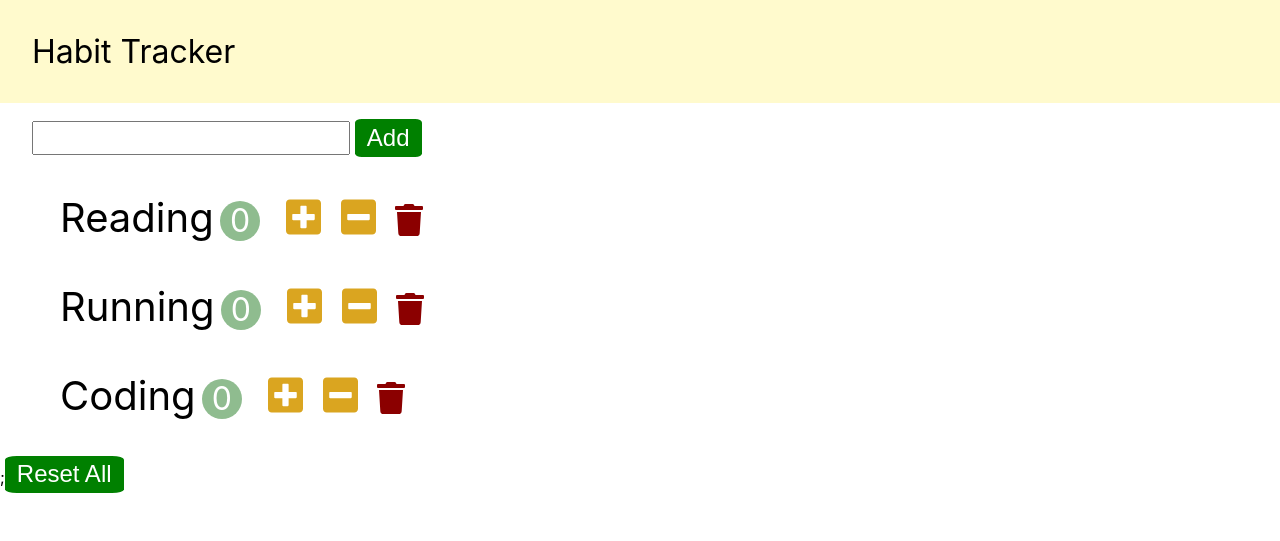
Repository: BokyungJeon/react-habit-tracker
Page: /
The author's editor kept a copy of each file at every save. The page is drawn from the files as they stood at one save, then again after the next save.
The browser window is 1280 px wide. The pictures show the whole page.
The project was rebuilt for these pictures with package versions that can differ from the ones it lists, and the page was loaded fresh each time.

Above is the page before, as saved 2021-09-30 18:57:23.

### src/index.js
import React from "react";
import ReactDOM from "react-dom";
import "./index.css";
import App from "./App.jsx";
import "@fortawesome/fontawesome-free/js/all.js";

ReactDOM.render(
  <React.StrictMode>
    <App />
  </React.StrictMode>,
  document.getElementById("root")
);

### src/App.jsx
import React, { Component } from "react";
import "./App.css";
import Habits from "./components/habits";

class App extends Component {
  render() {
    return (
      <div>
        <header className="navbar">
          <i className="navber-logo"></i>
          <span>Habit Tracker</span>
        </header>
        <form className="add-form">
          <input type="text" className="add-input" />
          <button className="add-button">Add</button>
        </form>
        <Habits />;<button className="add-button">Reset All</button>
      </div>
    );
  }
}

export default App;

### src/App.css
* {
  /* padding과 border가 width와 height에 포함되도록함 */
  box-sizing: border-box;
}

/* 버튼 초기화 */
button {
  outline: none;
  border: 0;
  cursor: pointer;
}

.navbar {
  font-size: 2rem;
  padding: 1em;
  background-color: lemonchiffon;
}

.navbar-logo {
  color: green;
  margin-right: 0.5em;
}

.navbar-count {
  display: inline-block;
  text-align: center;
  font-size: 2rem;
  width: 2.5rem;
  height: 2.5rem;
  margin-left: 0.3em;
  background-color: green;
  color: white;
  border-radius: 50%;
}

.habits {
  padding: 0.5em;
  padding-top: 2em;
}

.add-form {
  padding-top: 1em;
  margin-left: 2em;
}

.add-input {
  font-size: 1.5rem;
  margin-right: 0.2em;
}

.add-button {
  height: 90%;
  font-size: 1.5rem;
  padding: 0.3rem 0.5em;
  background-color: green;
  color: white;
  border-radius: 10%;
}

.habit {
  font-size: 2.5rem;
  padding: 0.5em;
  list-style: none;
}

.habit-count {
  display: inline-block;
  text-align: center;
  font-size: 2rem;
  width: 2.5rem;
  height: 2.5rem;
  margin-left: 0.2em;
  margin-right: 0.5em;
  background-color: darkseagreen;
  color: white;
  border-radius: 50%;
}

.habit-button {
  font-size: 2.5rem;
  margin: 0 0.1em;
  background-color: transparent;
}

.habit-button:hover {
  opacity: 0.8;
}

.habit-increase,
.habit-decrease {
  color: goldenrod;
}

.habit-delete {
  font-size: 2rem;
  color: darkred;
}

.habits-reset {
  font-size: 1.5rem;
  padding: 0.2em 1em;
  background-color: green;
  color: white;
  margin-left: 2em;
}

### src/components/habits.jsx
import React, { Component } from "react";
import Habit from "./habit";

class habits extends Component {
  state = {
    habits: [
      // id는 key를 위해 지정
      { id: 1, name: "Reading", count: 0 },
      { id: 2, name: "Running", count: 0 },
      { id: 3, name: "Coding", count: 0 },
    ],
  };

  handleIncreament = (habit) => {
    console.log(`handleIncrement ${habit.name}`);
    const habits = [...this.state.habits]; // 새로운 배열껍데기에 배열 내용을 하나하나 복사해옴(주소값 복사한 것이기 때문에 같은 개체임)
    const index = habits.indexOf(habit);
    habits[index].count++;
    this.setState({ habits }); // { habits: habits } 키와 밸류가 같으면 생략가능
    // 아래처럼 리액트에서 state 오브젝트를 직접 수정하는 것은 좋지 않다.
    // habit.count++;
    // this.setState(this.state);
  };

  handleDecreament = (habit) => {
    console.log(`handleDecrement ${habit.name}`);
    const habits = [...this.state.habits];
    const index = habits.indexOf(habit);
    const count = habits[index].count - 1;
    habits[index].count = count < 0 ? 0 : count; // 직접수정하므로 좋지않은 코드
    this.setState({ habits });
  };

  handleDelete = (habit) => {
    console.log(`handleDelete ${habit.name}`);
    const habits = this.state.habits.filter((item) => item.id !== habit.id);
    this.setState({ habits });
  };

  render() {
    return (
      <ul>
        {this.state.habits.map((habit) => (
          // key에 고유한 값을 지정해 주어 리액트의 불필요한 재렌더링을 방지해 성능을 개선한다.
          // 배열의 인덱스는 사용금지. 같은 아이템도 순서가 바뀌면 배열의 인덱스가 바뀌는데 키 값이 되면 동일한 오브젝트여도 인식하지 못함.
          <Habit
            key={habit.id}
            habit={habit}
            onIncreament={this.handleIncreament}
            onDecreament={this.handleDecreament}
            onDelete={this.handleDelete}
          />
        ))}
      </ul>
    );
  }
}

export default habits;

### src/components/habit.jsx
import React, { Component } from "react";

class Habit extends Component {
  handleIncreament = () => {
    this.props.onIncreament(this.props.habit);
  };

  handleDecreament = () => {
    this.props.onDecreament(this.props.habit);
  };

  handleDelete = () => {
    this.props.onDelete(this.props.habit);
  };

  render() {
    const { name, count } = this.props.habit;
    return (
      <li className="habit">
        <span className="habit-name">{name}</span>
        <span className="habit-count">{count}</span>
        <button
          className="habit-button habit-increase"
          onClick={this.handleIncreament}
          // 함수에 전달되는 인자와 그 안에서 호출하는 인자가 동일한 경우 문법을 간소화 할 수 있다.
          // onClick={(event) => this.handleIncreament(event)}의 문법 간소화
          // onClick={(event) => this.makeMeal(this.rice)}처럼 전달되는 인자가 다른 경우에는 생략할 수 없다.
        >
          <i className="fas fa-plus-square"></i>
        </button>
        <button
          className="habit-button habit-decrease"
          onClick={this.handleDecreament}
        >
          <i className="fas fa-minus-square"></i>
        </button>
        <button
          className="habit-button habit-delete"
          onClick={this.handleDelete}
        >
          <i className="fas fa-trash"></i>
        </button>
      </li>
    );
  }
}

export default Habit;

Loaded but not shown: public/index.html (common file); src/index.css (common file)

After the next save:
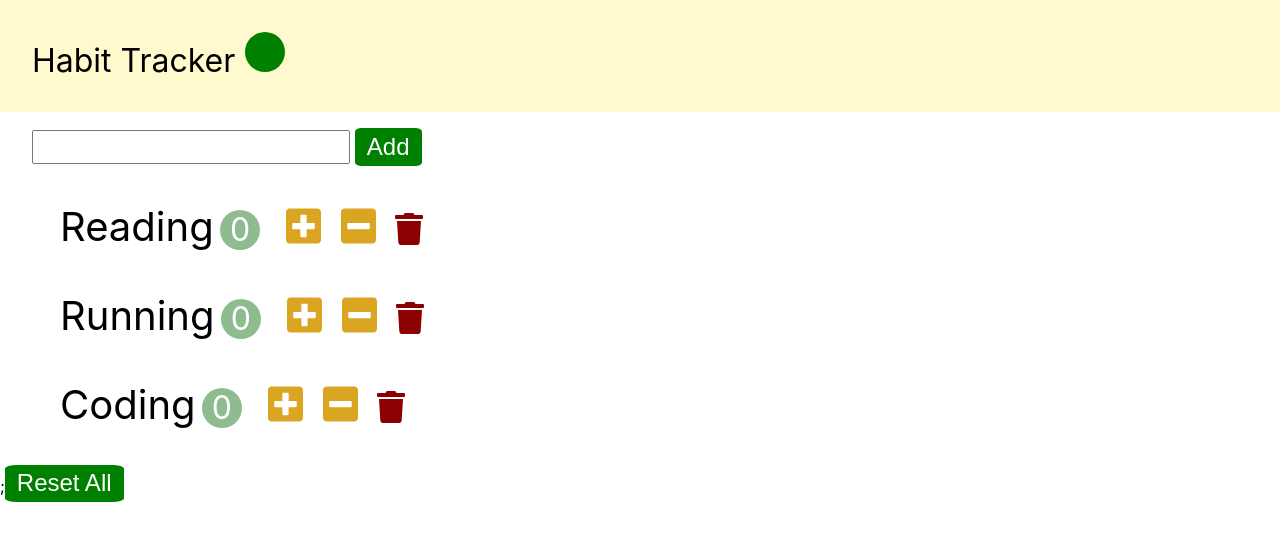
Saved 34 s later.
--- a/src/App.jsx
+++ b/src/App.jsx
@@ -9,6 +9,7 @@ class App extends Component {
         <header className="navbar">
           <i className="navber-logo"></i>
           <span>Habit Tracker</span>
+          <span className="navbar-count"></span>
         </header>
         <form className="add-form">
           <input type="text" className="add-input" />
